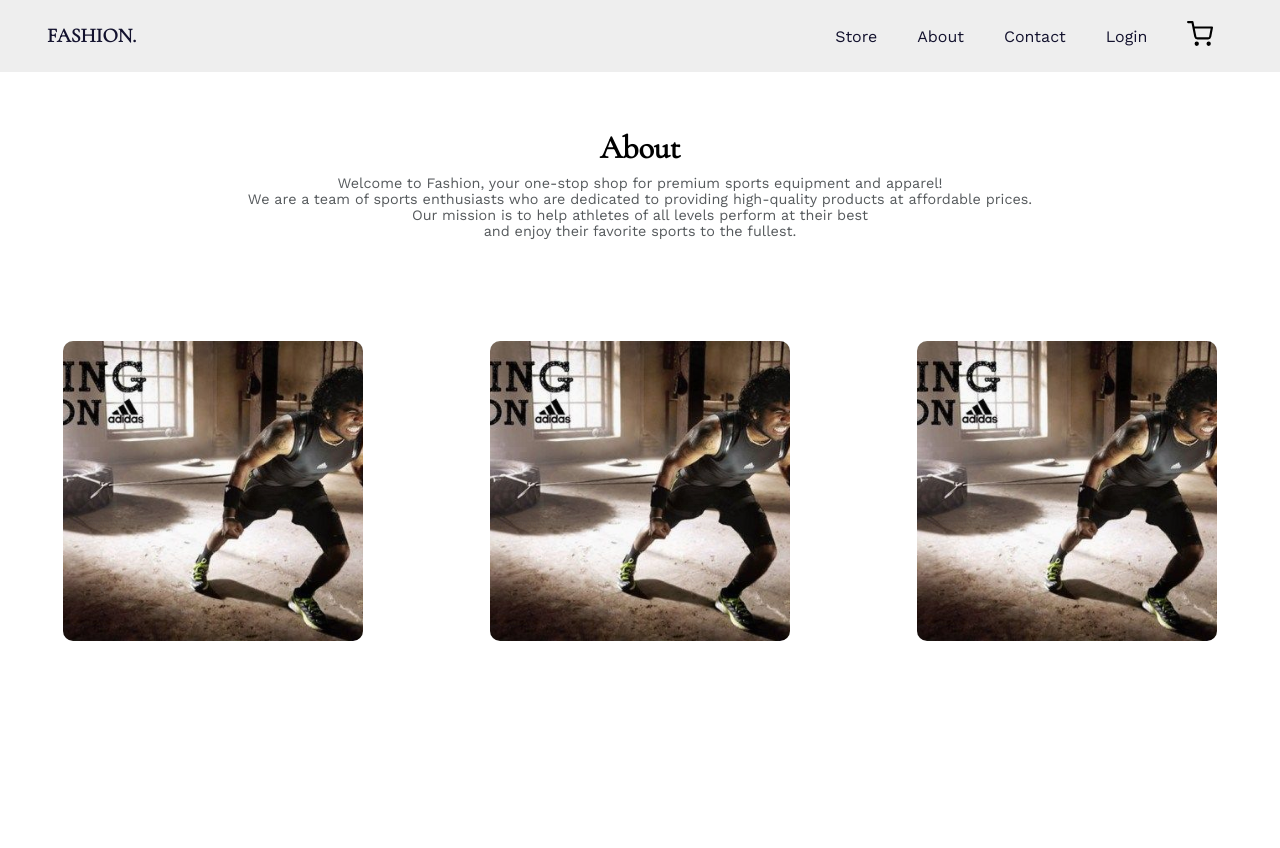
Repository: reminzuetto/SportEcom-FE
Page: /about
The author's editor kept a copy of each file at every save. The page is drawn from the files as they stood at one save, then again after the next save.
The browser window is 1280 px wide. The pictures show the whole page.
The project was rebuilt for these pictures with package versions that can differ from the ones it lists, and the page was loaded fresh each time. Also part of the build but not shown: src/data.js, src/utils/utils.js, src/components/ProductCard.jsx, src/components/TypeBars.jsx, src/typeData.js, src/pages/Store.jsx, src/pages/Login.jsx, src/pages/CustomerInfo.jsx and 3 more.

Above is the page before, as saved 2024-11-15 20:24:33.

### index.html
<!DOCTYPE html>
<html lang="en">
  <head>
    <meta charset="UTF-8" />
    <link rel="icon" type="image/svg+xml" href="/src/assets/favicon.jpg" />
    <meta name="viewport" content="width=device-width, initial-scale=1.0" />
    <link rel="preconnect" href="https://fonts.googleapis.com" />
    <link rel="preconnect" href="https://fonts.gstatic.com" crossorigin />
    <link
      href="https://fonts.googleapis.com/css2?family=Cormorant+Garamond&family=Work+Sans&display=swap"
      rel="stylesheet"
    />
    <title>Sport Equipment</title>
  </head>
  <body>
    <div id="root"></div>
    <script type="module" src="/src/main.jsx"></script>
  </body>
</html>

### src/main.jsx
import React from "react";
import ReactDOM from "react-dom/client";
import App from "./routes/App";
import "./assets/styles/index.css";
import CartState from "./Context/Cart/CartState";

ReactDOM.createRoot(document.getElementById("root")).render(
  <React.StrictMode>
    <CartState>
      <App />
    </CartState>
  </React.StrictMode>
);

### src/routes/App.jsx
import Navbar from "../components/Navbar";
import Store from "../pages/Store";
import About from "../pages/About";
import Login from "../pages/Login";
import CustomerInfo from "../pages/CustomerInfo";

import { BrowserRouter, Routes, Route } from "react-router-dom";
import Cart from "../pages/Cart";

function App() {
  return (
    <>
      <BrowserRouter>
        <Navbar />
        <Routes>
          <Route path="/" element={<Store />} />
          <Route exact path="/about" element={<About />} />
          <Route exact path="/cart" element={<Cart />} />
          <Route exact path="/login" element={<Login />} />
          <Route exact path="/customer-info" element={<CustomerInfo />} />
        </Routes>
      </BrowserRouter>
    </>
  );
}

export default App;

### src/assets/styles/index.css
* {
  margin: 0;
  padding: 0;
  box-sizing: border-box;
}

body {
  min-height: 100vh;
  max-width: 100%;
  font-family: "Work Sans", sans-serif;
}

a {
  color: inherit;
  text-decoration: none;
}

p {
  color: #55595c;
  font-size: 0.9rem;
}

ul {
  list-style: none;
}

h1,
h2,
h3 {
  font-family: "Cormorant Garamond", serif;
  margin-bottom: 0.5rem;
}

/* Custom Classes */

.btn {
  font-size: 11px;
  line-height: 1.5;
  margin-right: 0.5rem;
  padding: 0.5rem 1rem;
  color: #1a1a1a;
  display: inline-block;
  text-align: center;
  user-select: none;
  background-color: transparent;
  border: 0 solid transparent;
  transition: color 0.15s ease-in-out, background-color 0.15s ease-in-out,
    border-color 0.15s ease-in-out, box-shadow 0.15s ease-in-out;
  text-transform: uppercase;
}

.btn:hover {
  text-decoration: underline;
}

### src/Context/Cart/CartState.jsx
import { useReducer } from "react";
import CartContext from "./CartContext";
import CartReducer from "./CartReducer";
import { sumItems } from "./CartReducer";

//Local Storage
const storage = localStorage.getItem("cartItems")
  ? JSON.parse(localStorage.getItem("cartItems"))
  : [];

const CartState = ({ children }) => {
  //Initial State of the cart
  // const initialState = {
  //   cartItems: [],
  //   checkout: false,
  // };

  //Change the code above to that below to get the initial state from local storage
  const initialState = {
    cartItems: storage,
    ...sumItems(storage),
    checkout: false,
  };

  //Set up the reducer
  const [state, dispatch] = useReducer(CartReducer, initialState);

  //Function to handle when an item is added from the store into the Cart
  const addToCart = (payload) => {
    dispatch({ type: "ADD_TO_CART", payload });
  };

  //Function to handle when an item that is in the cart is added again
  const increase = (payload) => {
    dispatch({ type: "INCREASE", payload });
  };

  //Function to handle when an item is removed from the cart
  const decrease = (payload) => {
    dispatch({ type: "DECREASE", payload });
  };

  //Function to remove an item from the cart
  const removeFromCart = (payload) => {
    dispatch({ type: "REMOVE_ITEM", payload });
  };

  //Function to clear the cart
  const clearCart = () => {
    dispatch({ type: "CLEAR" });
  };

  //Function to handle when the user clicks the checkout button
  const handleCheckout = () => {
    dispatch({ type: "CHECKOUT" });
  };

  return (
    //Add the above functions into the Context provider, and pass to the children
    <CartContext.Provider
      value={{
        showCart: state.showCart,
        cartItems: state.cartItems,
        addToCart,
        removeFromCart,
        increase,
        decrease,
        handleCheckout,
        clearCart,
        // To access the total, we need to pass in the state
        ...state,
      }}
    >
      {children}
    </CartContext.Provider>
  );
};

export default CartState;

### src/components/Navbar.jsx
// General
import { useState, useEffect } from "react";
import { Link, NavLink } from "react-router-dom";
import CartIcon from "../assets/icons/cart.svg";
import styled from "styled-components";
import CartContext from "../Context/Cart/CartContext";
import { useContext } from "react";

const Navbar = () => {
  const [toggle, setToggle] = useState(false);
  const [innerWidth, setInnerWidth] = useState(window.innerWidth);

  // Get Screen Size
  useEffect(() => {
    const changeWidth = () => {
      setInnerWidth(window.innerWidth);
    };

    window.addEventListener("resize", changeWidth);

    return () => {
      window.removeEventListener("resize", changeWidth);
    };
  }, []);

  // Extract itemscount from CartContext
  const { cartItems } = useContext(CartContext);

  return (
    <Nav>
      <NavContainer>
        <Left>
          <Link to={"/"}>FASHION.</Link>
        </Left>

        <Right>
          <NavRightContainer
            style={{
              transform:
                innerWidth <= 500
                  ? toggle && "translateY(100vh)"
                  : "translateY(0%)",
            }}
          >
            <NavList>
              <NavItem>
                <NavLink to="/" onClick={() => setToggle(!toggle)}>
                  Store
                </NavLink>
              </NavItem>
              <NavItem>
                <NavLink to="/about" onClick={() => setToggle(!toggle)}>
                  About
                </NavLink>
              </NavItem>
              <NavItem>
                <a href="https://github.com/" target="_blank">
                  Contact
                </a>
              </NavItem>
              <NavItem>
                <NavLink to="/Login" onClick={() => setToggle(!toggle)}>
                  Login
                </NavLink>
              </NavItem>
              <NavItem>
                <Link to="/cart" onClick={() => setToggle(!toggle)}>
                  <p>Cart</p>
                  <NavCartItem>
                    <img src={CartIcon} alt="Shopping cart" />
                    {/* If the number of cartItems is greater than 0, display the
                    number of items in the cart */}
                    {cartItems.length > 0 && (
                      <CartCircle>{cartItems.length}</CartCircle>
                    )}
                  </NavCartItem>
                </Link>
              </NavItem>
            </NavList>
          </NavRightContainer>

          <MenuBtn onClick={() => setToggle(!toggle)}>
            <span></span>
            <span></span>
            <span></span>
          </MenuBtn>
        </Right>
      </NavContainer>
    </Nav>
  );
};

//Styled Components
const Nav = styled.nav`
  width: 100%;
  position: fixed;
  top: 0;
  left: 0;
  height: 4.5rem;
  font-size: 1em;
  z-index: 50;
  background-color: #eee;

  @media (max-width: 768px) {
    font-size: 0.85rem;
    border: none;
  }
`;

const NavContainer = styled.div`
  width: 100%;
  height: 100%;
  max-width: 1250px;
  margin: 0 auto;
  padding: 0 2rem;
  display: flex;
  justify-content: space-between;
  align-items: center;

  @media (max-width: 768px) {
    padding: 0 1rem;
    border-bottom: 1.5px solid #cfcfd0;
  }

  @media (max-width: 500px) {
    background-color: #eee;
  }
`;

const NavRightContainer = styled.div`
  @media (max-width: 500px) {
    width: 100%;
    position: fixed;
    top: calc(4.5rem - 100vh);
    left: 0;
    background-color: #fff;
    z-index: -1;
    transition: transform 600ms cubic-bezier(1, 0, 0, 1) 0ms;
  }
`;

const Left = styled.div`
  a {
    color: #13122e;
    font-weight: 700;
    font-size: 1.25rem;
    font-family: "Cormorant Garamond", serif;
  }
`;

const Right = styled.div`
  font-family: "Work Sans", sans-serif;
`;

const NavList = styled.ul`
  width: 100%;
  display: flex;
  justify-content: center;
  align-items: center;

  @media (max-width: 500px) {
    flex-direction: column;
    flex-wrap: nowrap;
  }
`;

const NavItem = styled.li`
  margin: 0 1.25em;

  a,
  span {
    color: #13122e;
    display: flex;
    justify-content: center;
    align-items: center;

    @media (max-width: 500px) {
      width: 100%;
      align-items: center;
      justify-content: flex-start;
      padding: 1rem;
      border-bottom: 1px solid #cfcfd0;
      max-height: 45px;

      &:hover {
        background-color: #cfcfd0;
      }
    }

    img {
      width: 1.6rem;
    }
  }
  p {
    display: none;
  }

  @media (max-width: 500px) {
    width: 100%;

    &:nth-of-type(4) a {
      display: flex;
      justify-content: space-between !important;
      align-items: center;
      border: none;
    }

    p {
      display: initial;
    }
  }
`;

const NavCartItem = styled.div`
  position: relative;

  img {
    @media (max-width: 500px) {
      display: none;
    }
  }
`;

const CartCircle = styled.div`
  position: absolute;
  top: -5px;
  right: -10px;
  background-color: #13122e;
  width: 18px;
  height: 18px;
  border-radius: 50%;
  color: #fff;
  display: flex;
  justify-content: center;
  align-items: center;
  font-size: 0.85em;

  @media (max-width: 500px) {
    position: initial;
  }
`;

const MenuBtn = styled.div`
  display: none;

  @media (max-width: 500px) {
    display: flex;
    justify-content: space-between;
    align-items: center;
    flex-flow: column nowrap;
    width: 18px;
    height: 14px;

    span {
      width: 100%;
      height: 2px;
      background-color: #13122e;
    }
  }
`;

export default Navbar;

### src/pages/About.jsx
import styled from "styled-components";
import GithubIcon from "../assets/icons/logo-github.svg"; // Đây là icon bạn đang sử dụng

const About = () => {
  return (
    <div>
      <Heading>
        <h1>About</h1>
        <p>
          Welcome to Fashion, your one-stop shop for premium sports equipment
          and apparel!
        </p>
        <p>
          We are a team of sports enthusiasts who are dedicated to providing
          high-quality products at affordable prices.
        </p>
        <p>
          Our mission is to help athletes of all levels perform at their best
        </p>
        <p>and enjoy their favorite sports to the fullest.</p>
        <br />
        <br />
        {/* Thêm phần ảnh và hiệu ứng chuyển động */}
        <ImageRow>
          <ImageContainer>
            <Image />
          </ImageContainer>
          <ImageContainer>
            <Image />
          </ImageContainer>
          <ImageContainer>
            <Image />
          </ImageContainer>
        </ImageRow>
      </Heading>
    </div>
  );
};

const Heading = styled.div`
  margin-top: 8rem;
  text-align: center;
  display: block;

  a:nth-of-type(1) {
    border-bottom: violet solid 2px;
  }
`;

const ImageRow = styled.div`
  display: flex;
  justify-content: space-around;
  margin-top: 2rem;
`;

const ImageContainer = styled.div`
  margin-top: 2rem;
  width: 300px;
  height: 300px;
  margin-left: auto;
  margin-right: auto;
  border-radius: 10px;
  overflow: hidden;
`;

const Image = styled.div`
  width: 100%;
  height: 100%;
  background-image: url("/src/assets/anh1.jpg"); /* Cập nhật cú pháp đúng */
  background-size: cover;
  background-position: center;
  animation: changeImage 9s infinite;

  /* Các hình ảnh khác */
  @keyframes changeImage {
    0% {
      background-image: url("/src/assets/anh1.jpg"); /* Cập nhật cú pháp đúng */
    }
    33% {
      background-image: url("/src/assets/anh2.jpg"); /* Cập nhật cú pháp đúng */
    }
    66% {
      background-image: url("/src/assets/anh3.jpg"); /* Cập nhật cú pháp đúng */
    }
    100% {
      background-image: url("/src/assets/anh1.jpg"); /* Cập nhật cú pháp đúng */
    }
  }
`;

export default About;

### src/Context/Cart/CartReducer.jsx
import {
  REMOVE_ITEM,
  ADD_TO_CART,
  INCREASE,
  DECREASE,
  CHECKOUT,
  CLEAR,
} from "./CartTypes.js";

// Save the cartItems to local storage
const Storage = (cartItems) => {
  localStorage.setItem(
    "cartItems",
    JSON.stringify(cartItems.length > 0 ? cartItems : [])
  );
};

// Export function to calculate the total price of the cart and the total quantity of the cart
export const sumItems = (cartItems) => {
  Storage(cartItems);
  let itemCount = cartItems.reduce(
    (total, product) => total + product.quantity,
    0
  );
  let total = cartItems
    .reduce((total, product) => total + product.price * product.quantity, 0)
    .toFixed(2);
  return { itemCount, total };
};

// The reducer is listening for an action, which is the type that we defined in the CartTypes.js file
const CartReducer = (state, action) => {
  // The switch statement is checking the type of action that is being passed in
  switch (action.type) {
    // If the action type is ADD_TO_CART, we want to add the item to the cartItems array
    case ADD_TO_CART:
      if (!state.cartItems.find((item) => item.id === action.payload.id)) {
        state.cartItems.push({
          ...action.payload,
          quantity: 1,
        });
      }

      return {
        ...state,
        ...sumItems(state.cartItems),
        cartItems: [...state.cartItems],
      };

    // If the action type is REMOVE_ITEM, we want to remove the item from the cartItems array
    case REMOVE_ITEM:
      return {
        ...state,
        ...sumItems(
          state.cartItems.filter((item) => item.id !== action.payload.id)
        ),
        cartItems: [
          ...state.cartItems.filter((item) => item.id !== action.payload.id),
        ],
      };

    // If the action type is INCREASE, we want to increase the quantity of the particular item in the cartItems array
    case INCREASE:
      const updatedCartItems = state.cartItems.map((item) => {
        if (item.id === action.payload.id) {
          return { ...item, quantity: item.quantity + 1 }; // Tăng số lượng một cách an toàn
        }
        return item;
      });
      return {
        ...state,
        cartItems: updatedCartItems, // Trả về cartItems đã được sao chép và cập nhật
        ...sumItems(updatedCartItems),
      };

    // If the action type is DECREASE, we want to decrease the quantity of the particular item in the cartItems array
    case DECREASE:
      const updatedCartItems2 = state.cartItems.map((item) => {
        if (item.id === action.payload.id) {
          return {
            ...item,
            quantity: item.quantity > 1 ? item.quantity - 1 : 1, // Giảm số lượng, nhưng không thấp hơn 1
          };
        }
        return item;
      });
      return {
        ...state,
        cartItems: updatedCartItems2, // Trả về cartItems đã được sao chép và cập nhật
        ...sumItems(updatedCartItems2),
      };

    // If the action type is CHECKOUT, we want to clear the cartItems array and set the checkout to true
    case CHECKOUT:
      return {
        cartItems: [],
        checkout: true,
        ...sumItems([]),
      };

    //If the action type is CLEAR, we want to clear the cartItems array
    case CLEAR:
      return {
        cartItems: [],
        ...sumItems([]),
      };

    //Return the state if the action type is not found
    default:
      return state;
  }
};

export default CartReducer;

### src/Context/Cart/CartTypes.js
export const ADD_TO_CART = "ADD_TO_CART";
export const REMOVE_ITEM = "REMOVE_ITEM";
export const INCREASE = "INCREASE";
export const DECREASE = "DECREASE";
export const CHECKOUT = "CHECKOUT";
export const CLEAR = "CLEAR";

Loaded but not shown: src/Context/Cart/CartContext.jsx (common file)

After the next save:
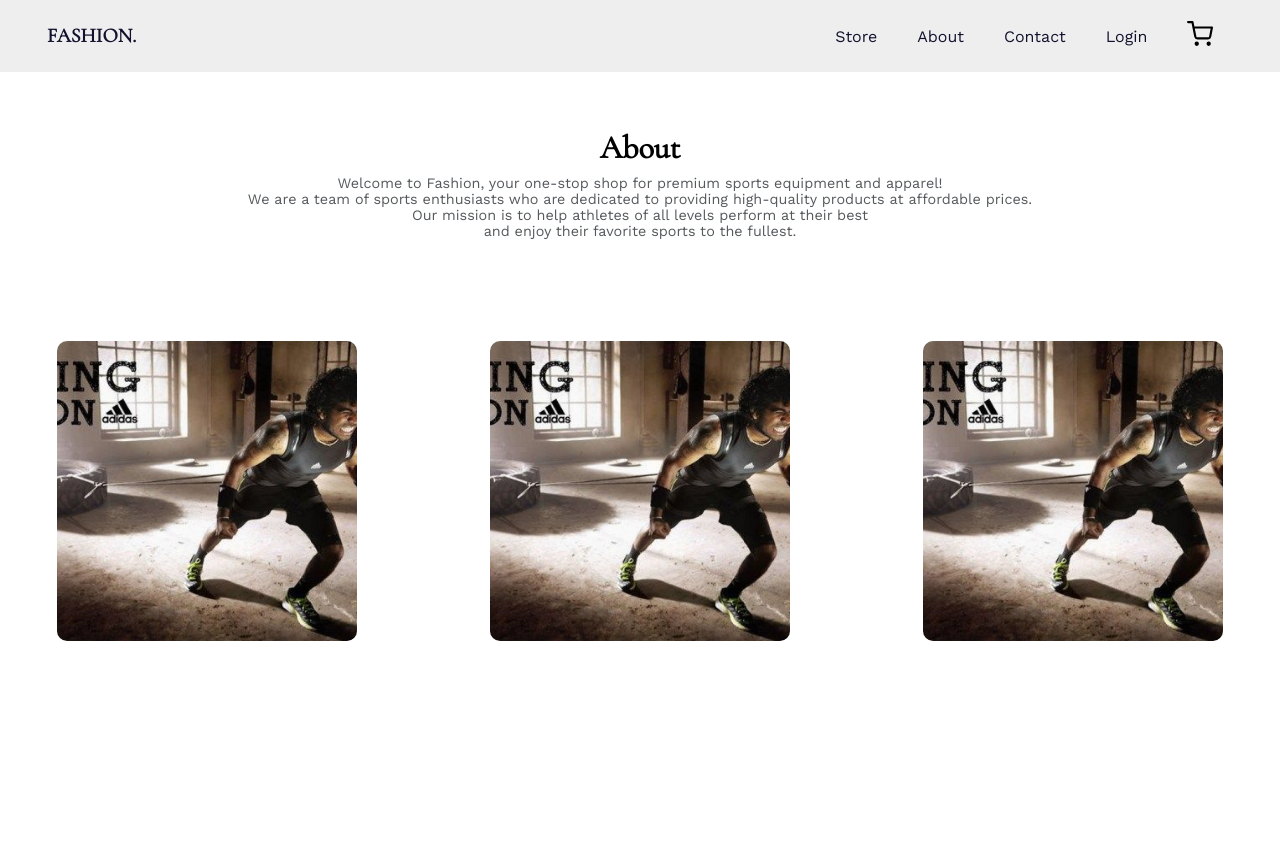
Saved 6 s later.
--- a/src/pages/About.jsx
+++ b/src/pages/About.jsx
@@ -48,9 +48,10 @@
 `;
 
 const ImageRow = styled.div`
+  margin-top: 2rem;
   display: flex;
-  justify-content: space-around;
-  margin-top: 2rem;
+  justify-content: center;
+  gap: 20px;
 `;
 
 const ImageContainer = styled.div`
